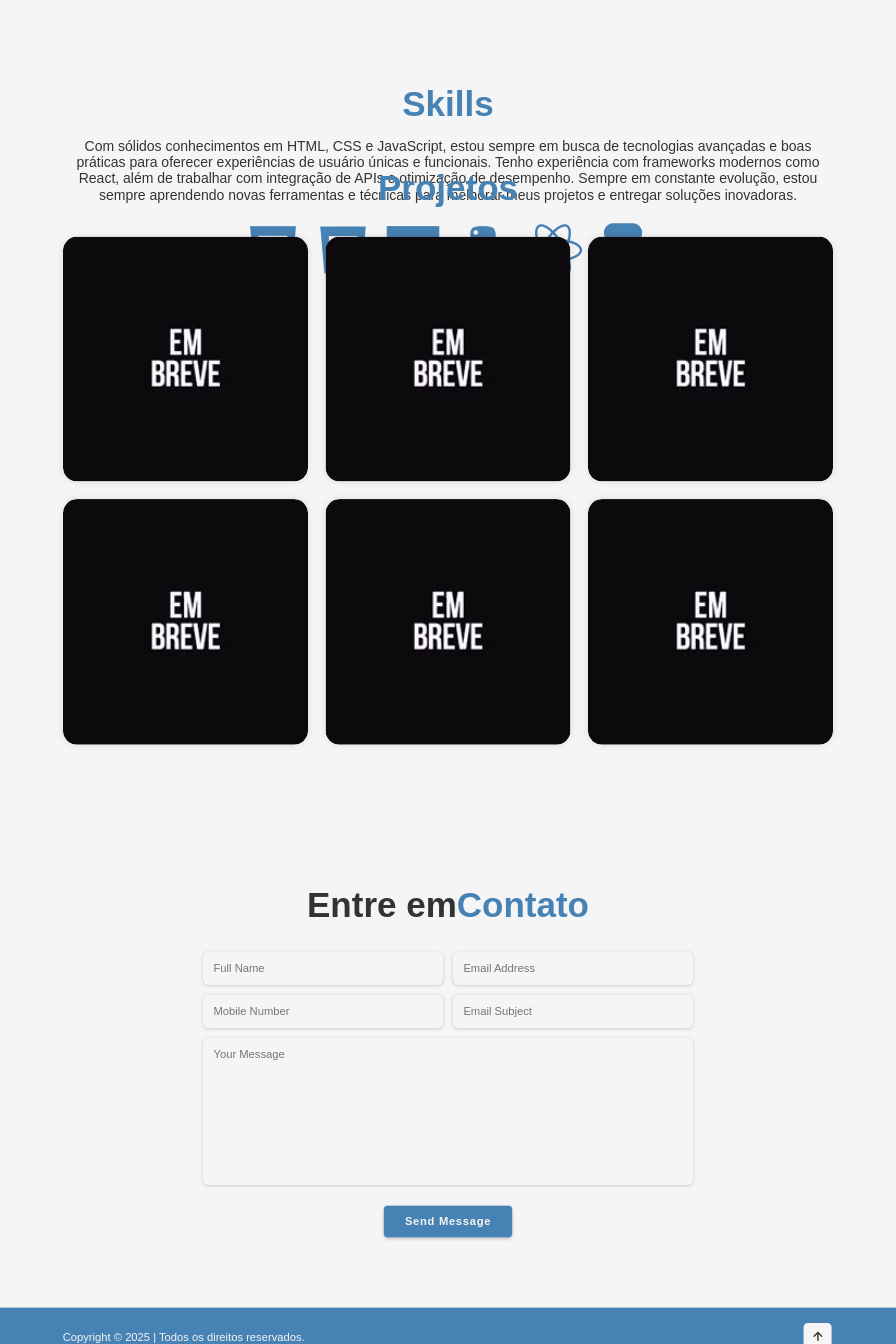
Repository: AliciaKathleen/portfolio-2025
Page: index.html
These files come from the project's save history. The page is drawn as it stood at one moment and after the next save; the edit follows.
The browser window is 1280 px wide. The pictures show the part of the page from y = 2190 to 4110 px (the page is 4142 px tall before and 4220 px after), at 70% of full size.

Above is the page before, as saved 2025-01-27 18:04:21.
Console error: TypeError: Cannot read properties of null (reading 'classList')

After the next save:
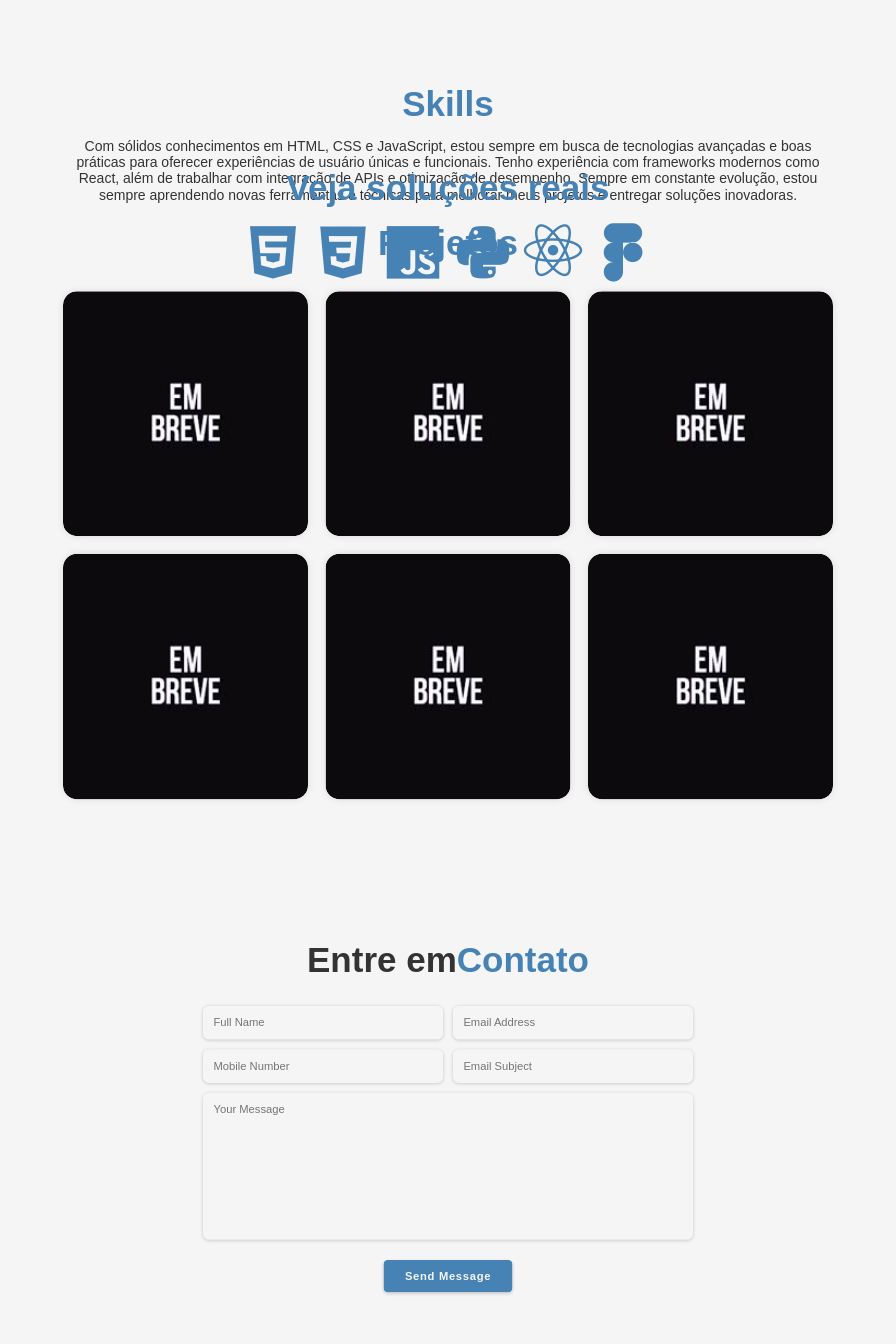
Saved 18 s later.
--- a/index.html
+++ b/index.html
@@ -146,6 +146,7 @@
     </section>
 
     <section class="portfolio" id="portfolio">
+        <h1 class="heading"> <span>Veja soluções reais</span></h1>
         <h2 class="heading"><span>Projetos</span></h2>
 
         <div class="portfolio-container">
